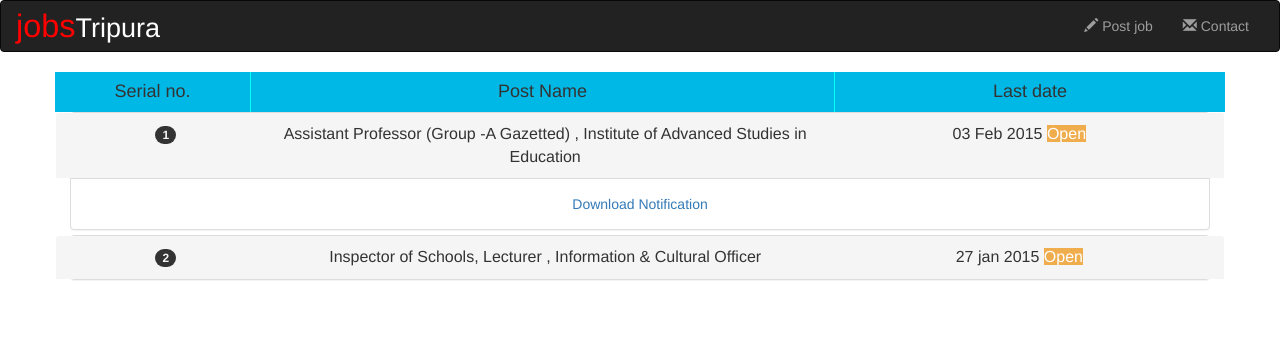
Repository: jobstripura/jobstripura.github.io
Page: index.html
The author's editor kept a record of every edit. The page is drawn from the files as they stood at one moment, then again after the next edit.
The browser window is 1280 px wide. The pictures show the whole page.
Some web libraries are served in a nearby version.

Above is the page before.

After the next edit:
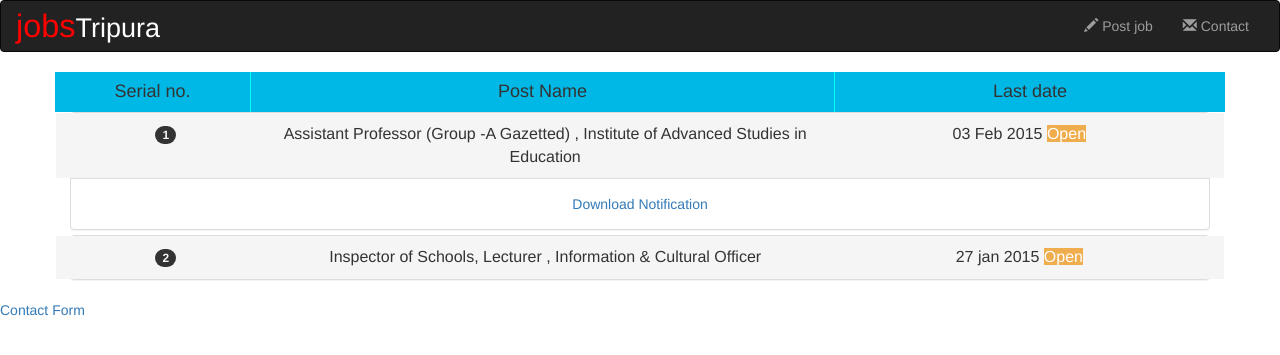
The edit:
--- a/index.html
+++ b/index.html
@@ -99,5 +99,8 @@
 src="http://c.statcounter.com/10223101/0/c7f3ad1d/1/"
 alt="hits counter"></a></div></noscript>
 <!-- End of StatCounter Code for Default Guide -->
+  <!-----------------bettercontact----->
+    <script type="text/javascript"> /* var bcf_settings = { buttonText:'Contact Us', buttonTop:'30%', language:'en_US' }; // Better Contact Form Settings */ (function (d, s, id) { var js, fjs = d.getElementsByTagName(s)[0]; js = d.createElement(s); js.id = id; js.src = "http://bettercontactform.com/contact/media/a/f/af55f00774adcd00ee343de1c9870610de64c90e.js"; fjs.parentNode.insertBefore(js, fjs); }(document, "script", "bcf-render"));</script> <a id="bcf_trigger" href="http://bettercontactform.com" rel="bcf_trigger">Contact Form</a>
+    <!----better contact------>
 </body>
 </html>
